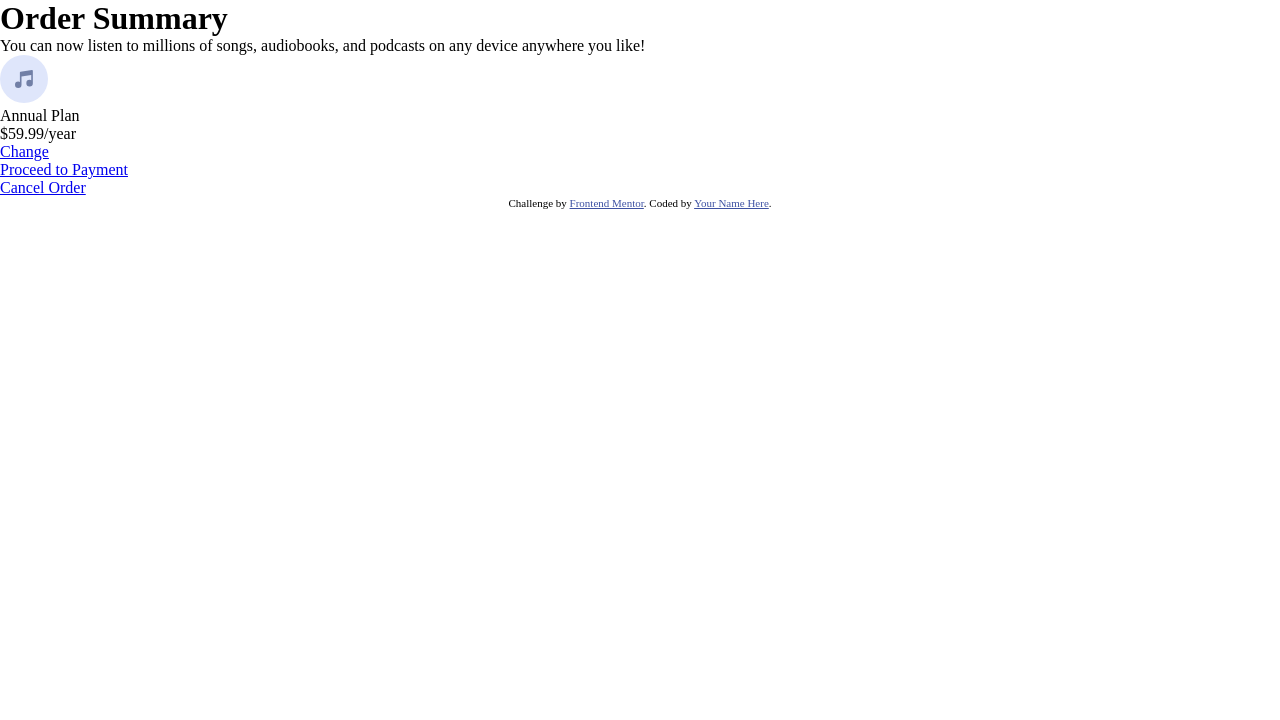
Repository: DejV44/order-summary-frontend
Page: index.html
These files come from the project's save history. The page is drawn as it stood at one moment and after the next save; the edit follows.
The browser window is 1280 px wide. The pictures show the whole page.
The style sheet was rebuilt from its Sass, Less or Tailwind sources for each picture, by a compiler version that may differ from the author's.

Above is the page before, as saved 2021-08-11 21:47:12.

### index.html
<!DOCTYPE html>
<html lang="en">
<head>
  <meta charset="UTF-8">
  <meta name="viewport" content="width=device-width, initial-scale=1.0">
  <link rel="stylesheet" href="css/style.css">

  <link rel="icon" type="image/png" sizes="32x32" href="./images/favicon-32x32.png">

  <title>Frontend Mentor | Order summary card</title>

</head>
<body>
  <div class="container">
    <div class="backgr"></div>
    <div class="content">
      <h1>Order Summary</h1>
      <p>You can now listen to millions of songs, audiobooks, and podcasts on any
  device anywhere you like!</p>
    </div>
    <div class="price_container">
      <div class="annual">
        <img src="/images/icon-music.svg" alt="music">
        <p>Annual Plan</p>
        <p>$59.99/year</p>
      </div>
      <a href="#">Change</a>
    </div>
    <div class="button">
      <a href="#">Proceed to Payment</a>
    </div>
    <div class="cancel_button">
      <a href="#">Cancel Order</a>
    </div>

  </div>

  <div class="attribution">
    Challenge by <a href="https://www.frontendmentor.io?ref=challenge" target="_blank">Frontend Mentor</a>.
    Coded by <a href="#">Your Name Here</a>.
  </div>
</body>
</html>

### css/style.scss
* {
    margin: 0;
    padding: 0;
}
@import url('https://fonts.googleapis.com/css2?family=Red+Hat+Display:wght@500;700;900&display=swap');
@import "variables";
@import "mixins";







.attribution { font-size: 11px; text-align: center; }
.attribution a { color: hsl(228, 45%, 44%); }

### css/_variables.scss
// ---COLORS--

$Paleblue: hsl(225, 100%, 94%);
$Brightblue: hsl(245, 75%, 52%);
$VeryPaleBlue: hsl(225, 100%, 98%);
$Desaturatedblue: hsl(224, 41%, 36%);
$DarkBlue: hsl(223, 47%, 23%);

### css/_mixins.scss
@mixin fonts {
    font-family: 'Red Hat Display', sans-serif;
}

After the next save:
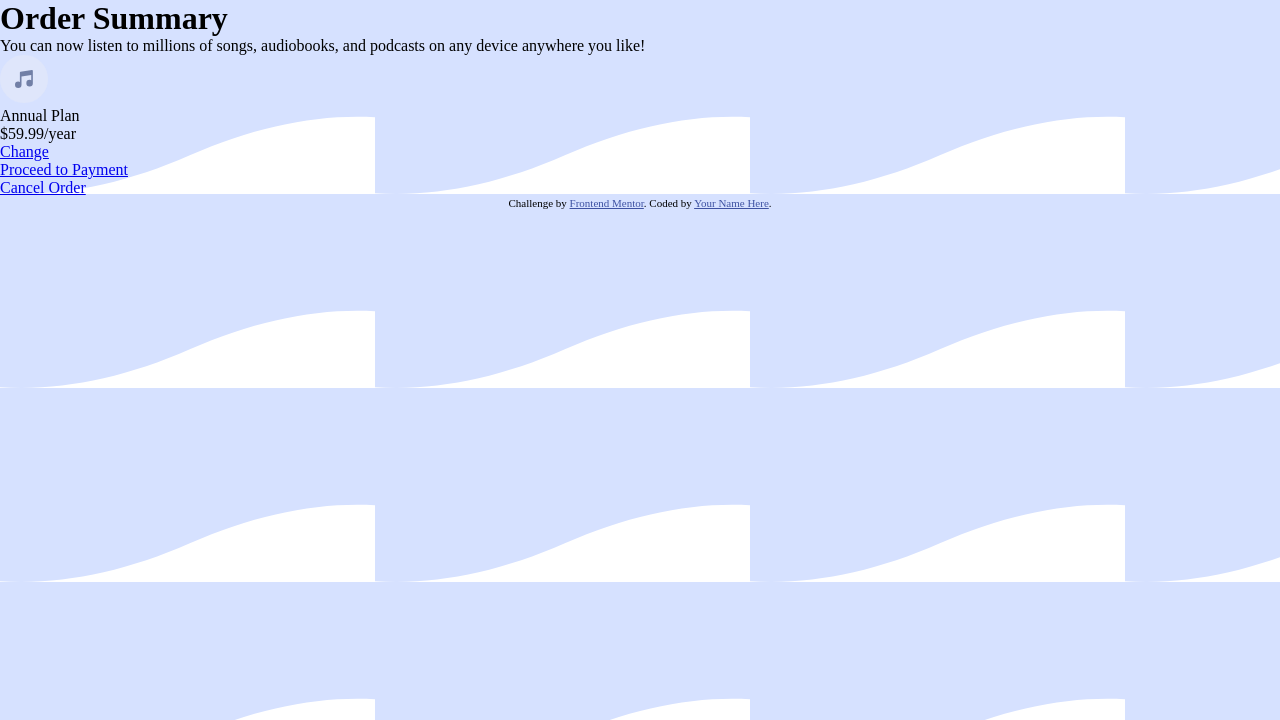
Saved 62 s later.
--- a/css/style.scss
+++ b/css/style.scss
@@ -6,7 +6,9 @@
 @import "variables";
 @import "mixins";
 
-
+body {
+    background: url(/images/pattern-background-mobile.svg);
+}
 
 
 
